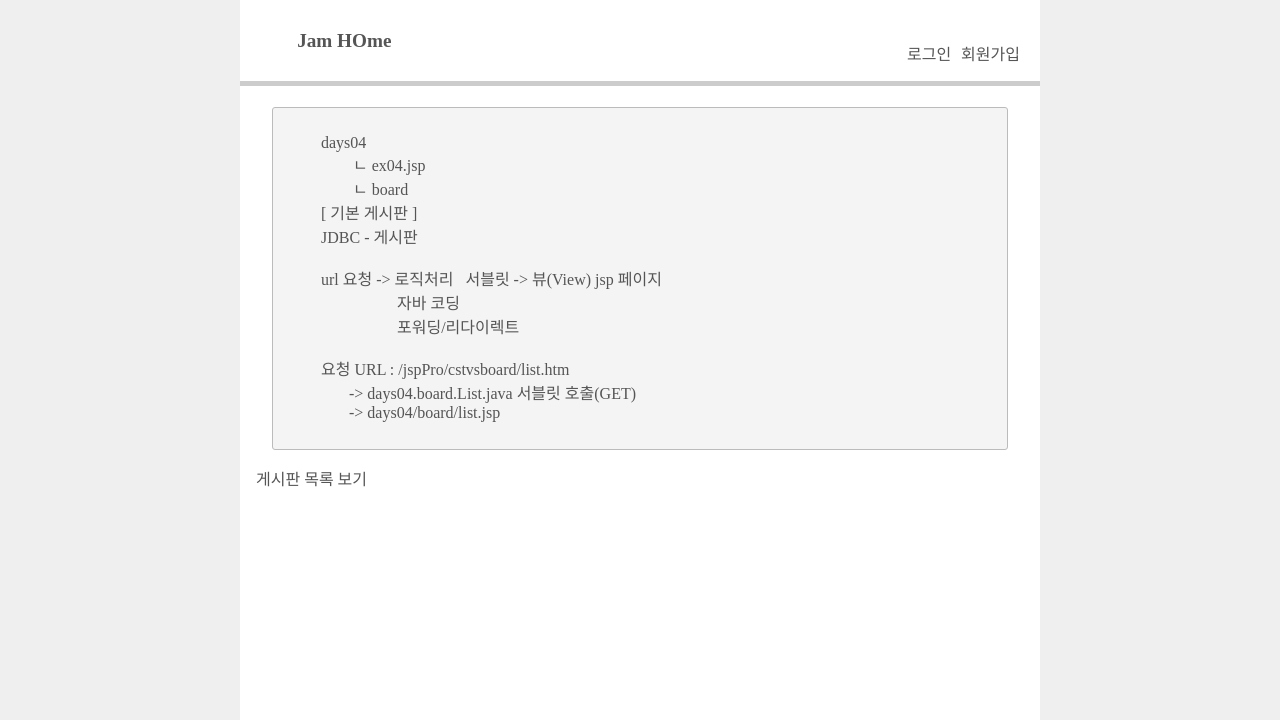
Repository: woals5636/JSPClass
Page: http://localhost/jspPro/days04/ex04.jsp
An editor plug-in stored every save of this project. The page is shown before and after the next save, followed by the edit.
The browser window is 1280 px wide. The pictures show the whole page.
Some web fonts or font styles are not loaded; a fallback is used. The page is served by Tomcat 9. Other server files are loaded and not shown.

Above is the page before, as saved 2024-10-18 07:01:12.

### jspPro/src/main/webapp/days04/ex04.jsp
<%@ page contentType="text/html; charset=UTF-8" pageEncoding="UTF-8"%>
<%@ taglib prefix="c" uri="http://java.sun.com/jsp/jstl/core"%>
<!DOCTYPE html>
<html>
<head>
<meta charset="UTF-8">
<title>Insert title here</title>
<link rel="shortcut icon" type="image/x-icon" href="http://localhost/jspPro/images/SiSt.ico">
<script src="https://ajax.googleapis.com/ajax/libs/jquery/3.7.1/jquery.min.js"></script>
<meta name="viewport" content="width=device-width, initial-scale=1.0">
<meta name="google" content="notranslate">
<link rel="stylesheet" href="http://localhost/jspPro/resources/cdn-main/example.css">
<script src="http://localhost/jspPro/resources/cdn-main/example.js"></script>
<style>
 span.material-symbols-outlined{
    vertical-align: text-bottom;
 }
</style>
</head>
<body>
<header>
  <h1 class="main"><a href="#" style="position: absolute;top:30px;">Jam HOme</a></h1>
  <ul>
    <li><a href="#">로그인</a></li>
    <li><a href="#">회원가입</a></li>
  </ul>
</header>
<div>
  <xmp class="code">
	days04
		ㄴ ex04.jsp
		ㄴ board
	[ 기본 게시판 ]
	JDBC - 게시판

	url 요청 -> 로직처리   서블릿 -> 뷰(View) jsp 페이지
			   자바 코딩
			   포워딩/리다이렉트

	요청 URL : /jspPro/cstvsboard/list.htm
	       -> days04.board.List.java 서블릿 호출(GET)
	       -> days04/board/list.jsp
  </xmp>

  <a href="/jspPro/cstvsboard/list.htm">게시판 목록 보기</a>
</div>
</body>
</html>

### jspPro/src/main/webapp/resources/cdn-main/example.css
@charset "UTF-8";

@import url('https://fonts.googleapis.com/css2?family=Material+Symbols+Outlined:opsz,wght,FILL,GRAD@20..48,100..700,0..1,-50..200');

@font-face {
    font-family: 'GmarketSansMedium';
    src: url('https://cdn.jsdelivr.net/gh/projectnoonnu/noonfonts_2001@1.1/GmarketSansMedium.woff') format('woff');
    font-weight: normal;
    font-style: normal;
}

:root {
	--text-color: #555;
	--sub-text-color: #777;
	--back-color: #EFEFEF;
	--header-color: #444;
	--primary-color: #DEDEDE;
	--secondary-color: #EFEFEF;
	--default-width: 800px;
	--narrow-width: 500px;
	--wide-width: 1200px;
	--text-font: 'GmarketSansMedium';
	--icon-font: 'Material Symbols Outlined';
	--border-color: #CCC;
}

html, body {
	margin: 0;
	padding: 0;
}

html {
	background-color: var(--back-color);
	display: flex;
	justify-content: center;
	min-height: 100vh;
}

body, body.default {
	width: var(--default-width);
	background-color: white;
	padding-bottom: 120px;
}

body.wide {
	width: var(--wide-width);
}

body.narrow {
	width: var(--narrow-width);
}



body, p, div, span, a, input, select, option, textarea, button, table, th, td, label, fieldset, legend {
	font-family: var(--text-font);
	color: var(--text-color);
}

h1, h2, h3 {
	font-family: var(--text-font);
	color: var(--header-color);
	padding: 0 1rem;
	padding-top: .5rem;
}

div > h1, div > h2, div > h3 {
	padding: 0;
}

body > div, body > main > div {
	padding: 0.3rem 1rem;
}


h1 { font-size: 2rem; border-bottom: 1px solid var(--border-color); }
h1 small { font-size: 1.2rem; color: var(--sub-text-color); }
h2 { font-size: 1.5rem; border-bottom: 1px dashed var(--border-color); }
h2 small { font-size: 1.1rem; color: --sub-text-color; }
h3 { font-size: 1.2rem; }
h3 small { font-size: 1rem; color: --sub-text-color; }



h1.main::before {
	font-family: var(--icon-font);
  	content: '\e666';
  	margin-right: 10px;
  	float: left;
	font-size: 2.5rem;
}

h1.sub::before {
	font-family: var(--icon-font);
  	content: '\ea19';
  	margin-right: 10px;
  	float: left;
	font-size: 2.5rem;
}


h1.page::before {
	font-family: var(--icon-font);
  	content: '\e0e0';
  	margin-right: 10px;
  	float: left;
	font-size: 2.5rem;
}

body > header > ul > li > .active{
	background-color: #FFF;
	color:#F00;
}

body > header {
	display: flex;
	justify-content: space-between;
	border-bottom: 5px solid var(--border-color);
	min-height: 74px;
	background-color: #FFF;
}

body > header.sticky {
	position: sticky;
	top: 0;
	z-index: 98;
}

body > header > h1 {
	font-size: 1.2rem;
	border: 0;
}

body > header.in > h1::before {
	font-family: var(--icon-font);
  	content: '\e332‥';
  	margin-right: 3px;
  	float: left;
	font-size: 2rem;
}


body > header > ul {
	list-style-type: none;
	display: flex;
	align-items: flex-end;
	margin-right: 10px;
}

body > header > ul > li {
	margin-right: 10px;
	cursor: pointer;
}

body > header > ul > li > a {
	cursor: pointer;
}


form {
	display: block;
}

form > div {
	padding: 0.3rem 1rem;
}

div > form > div {
	padding: 0.3rem 0;
}

input, textarea, button, select {
	border: 1px solid #BBB;
	border-radius: 3px;
	outline: none;
	resize: none;
	padding: 7px;
	margin: 0;
}

input[type=text]:read-only, textarea:read-only {
	cursor: not-allowed;
	background-color: #FFF;
}

input[type=text]:disabled, textarea:disabled {
	cursor: not-allowed;
	background-color: #EEE;
}

input[type=text], input[type=password], textarea, button, select {
	/* width: 300px; */
}

textarea {
	display: block;
	height: 100px;
}

input[type=button], input[type=submit], button {
	/* width: inherit; */
}

input.short, textarea.short, button.short, select.short {
	width: 100px;
}

input.long, textarea.long, button.long, select.long {
	width: 350px;
}

.narrow input.long, .narrow textarea.long, .narrow button.long, .narrow select.long {
	width: calc(100% - 20px);
}

input.full, textarea.full, button.full, select.full {
	width: calc(100% - 20px);
}

textarea.short {
	height: 50px;
}

textarea.long {
	height: 100px;
}

textarea.full {
	height: 200px;
}

input, textarea {
	padding-top: 8px;
}

input[type=button], input[type=submit], button {
	padding: 5px 10px;
	background-color: var(--secondary-color);
	cursor: pointer;
	min-height: 36px;
}

input[type=button].primary, input[type=submit].primary, button.primary {
	/* background-color: rgba(100, 149, 237, .2); */
	background-color: var(--primary-color);
}

input[type=button].primary:hover, input[type=submit].primary:hover, button.primary:hover {
	/* background-color: rgba(100, 149, 237, .3); */
	background-color: var(--secondary-color);
}

input[type=button]:hover, input[type=submit]:hover, button:hover {
	background-color: var(--primary-color);
}

button {
	position: relative;
	left: 0;
	top: 0;
	padding-left: 35px;
}

button .material-symbols-outlined {
	position: absolute;
	left: 10px;
	top: 4px;
}

/* k2nik add */
button.login::before {
	font-family: var(--icon-font);
  	content: '\ea77';
	position: absolute;
	left: 11px;
	top: 4px;
	font-size: 1.25rem;
}

/* k2nik logout */
button.logout::before {
	font-family: var(--icon-font);
  	content: '\e9ba';
	position: absolute;
	left: 11px;
	top: 4px;
	font-size: 1.25rem;
}

/* k2nik help */
button.help::before {
	font-family: var(--icon-font);
  	content: '\f1c0';
	position: absolute;
	left: 11px;
	top: 4px;
	font-size: 1.25rem;
}

button.add::before{
	font-family: var(--icon-font);
  	content: '\e746';
	position: absolute;
	left: 11px;
	top: 4px;
	font-size: 1.25rem;
}

button.back::before {
	font-family: var(--icon-font);
  	content: '\e166';
	position: absolute;
	left: 11px;
	top: 4px;
	font-size: 1.25rem;
}

button.list::before {
	font-family: var(--icon-font);
  	content: '\e0ee';
	position: absolute;
	left: 11px;
	top: 4px;
	font-size: 1.25rem;
}


button.del::before {
	font-family: var(--icon-font);
  	content: '\e872';
	position: absolute;
	left: 11px;
	top: 4px;
	font-size: 1.25rem;
}


button.edit::before {
	font-family: var(--icon-font);
  	content: '\e745';
	position: absolute;
	left: 11px;
	top: 4px;
	font-size: 1.25rem;
}


button.login::before {
	font-family: var(--icon-font);
  	content: '\ea77';
	position: absolute;
	left: 11px;
	top: 4px;
	font-size: 1.25rem;
}


button.logout::before {
	font-family: var(--icon-font);
  	content: '\e9ba';
	position: absolute;
	left: 11px;
	top: 4px;
	font-size: 1.25rem;
}


button.in::before {
	font-family: var(--icon-font);
  	content: '\f71a';
	position: absolute;
	left: 11px;
	top: 4px;
	font-size: 1.25rem;
}


button.out::before {
	font-family: var(--icon-font);
  	content: '\f70e';
	position: absolute;
	left: 11px;
	top: 4px;
	font-size: 1.25rem;
}


button.reply::before {
	font-family: var(--icon-font);
  	content: '\e15e';
	position: absolute;
	left: 11px;
	top: 4px;
	font-size: 1.25rem;
}


button.comment::before {
	font-family: var(--icon-font);
  	content: '\e0b9';
	position: absolute;
	left: 11px;
	top: 4px;
	font-size: 1.25rem;
}


button.modal::before {
	font-family: var(--icon-font);
  	content: '\e89e';
	position: absolute;
	left: 11px;
	top: 4px;
	font-size: 1.25rem;
}


button.ok::before {
	font-family: var(--icon-font);
  	content: '\e86c';
	position: absolute;
	left: 11px;
	top: 4px;
	font-size: 1.25rem;
}


button.cancel::before {
	font-family: var(--icon-font);
  	content: '\e5c9';
	position: absolute;
	left: 11px;
	top: 4px;
	font-size: 1.25rem;
}

button.search::before {
	font-family: var(--icon-font);
  	content: '\e8b6';
	position: absolute;
	left: 11px;
	top: 4px;
	font-size: 1.25rem;
}

button.home::before {
	font-family: var(--icon-font);
  	content: '\e88a';
	position: absolute;
	left: 11px;
	top: 4px;
	font-size: 1.25rem;
}


button.sidebar::before {
	font-family: var(--icon-font);
  	content: '\f7e4';
	position: absolute;
	left: 11px;
	top: 4px;
	font-size: 1.25rem;
}


button.sidebar-right::before {
	font-family: var(--icon-font);
  	content: '\f7e5';
	position: absolute;
	left: 11px;
	top: 4px;
	font-size: 1.25rem;
}




button::before {
	font-family: var(--icon-font);
  	content: '\e323';
	position: absolute;
	left: 11px;
	top: 4px;
	font-size: 1.25rem;
}


table {
	border-collapse: collapse;
	margin: 1rem;
	box-sizing: border-box;
	width: calc(100% - 32px);
}

table.content {
	width: auto;
}

div > table {
	margin: 0;
}

table th, table td {
	border: 1px solid var(--border-color);
	padding: 7px;
	font-weight: normal;
}

table th {
	background-color: var(--back-color);
}

table.vertical th {
	width: 150px;
}

table.vertical td {
	width: calc(100% - 182px);
	padding-left: 10px;
}

table.content td, table.content th {
	width: auto;
}

body.narrow table.vertical th {
	width: 100px;
}

body.narrow table.vertical td {
	width: calc(100% - 182px);
}


table + table {
	margin-top: 30px;
}


p {
	padding: 0 1rem;
}

a {
	text-decoration: none;
}

a:hover {
	color: rgba(255, 99, 71, .7);
}

hr {
	border: 0;
	border-top: 1px solid var(--border-color);
	margin: 2rem 0;
}

.message {
	border: 1px solid var(--border-color);
	background-color: #EFEFEF;
	margin: 1rem;
	width: auto;
	padding-top: 10px;
	padding-bottom: 10px;
	font-size: 14px;
}

.message[title]::before {
	content: attr(title);
	display: block;
	border-bottom: 1px solid var(--border-color);
	padding-bottom: 5px;
	margin-bottom: 10px;
	margin-top: 7px;
}

.message.short {
	max-width: 250px;
}

.message.long {
	max-width: 500px;
}

.badge {
	float: right;
	font-size: .8rem;
	margin-top: 2px;
	margin-right: 2px;
	text-shadow: 0 0 7px gray;
}

.badge.left {
	float: none;
	margin-left: 2px;
}

.badge.right {
	float: right;
}

.badge.red {
	border-radius: 50%;
	padding: 2px 5px;
	background-color: rgb(255, 99, 71, .3);
}

.badge.yellow {

	border-radius: 50%;
	padding: 2px 5px;
	background-color: rgb(255, 215, 0, .5);
}

.badge.blue {
	border-radius: 50%;
	padding: 2px 5px;
	background-color: rgb(100, 149, 237, .3);
}

label + label {
	margin-left: 7px;
}

label input[type=checkbox], label input[type=radio] {
	transform: translate(0, 1px);
}

.group {
	display: flex;
}

.modal-content .group {
	margin-bottom: .5rem;
}

.group label {
	border: 1px solid #BBB;
	border-radius: 3px;
	outline: none;
	resize: none;
	padding: 7px 14px;
	margin: 0;
	border-top-right-radius: 0;
	border-bottom-right-radius: 0;
	background-color: #EFEFEF;
	white-space: nowrap;
	font-size: 14px;
}

.group input[type=text] {
	margin-left: -1px;
	border-top-left-radius: 0;
	border-bottom-left-radius: 0;
}

.group select {
	margin-left: -1px;
	border-top-left-radius: 0;
	border-bottom-left-radius: 0;
}

.group input.full[type=text] {
	margin-left: -1px;
	border-top-left-radius: 0;
	border-bottom-left-radius: 0;
	width: 100%;
}

.group input[type=button]:first-child, .group button:first-child {
	border-top-left-radius: 3px;
	border-bottom-left-radius: 3px;
	margin-left: 0px;
}

.group input[type=button], .group button {
	border-radius: 0;
	margin-left: -1px;
}

.group input[type=button]:last-child, .group button:last-child {
	margin-left: -1px;
	border-top-right-radius: 3px;
	border-bottom-right-radius: 3px;
}

.seperate {
	display: flex;
	justify-content: space-between;
}

div.list {
	width: max-content;
	margin: 1rem;
	border: 1px solid #BBB;
	border-radius: 3px;
	padding: 0;
}

div.list.full {
	width: auto;
	display: block;
	margin: 1rem;
	border: 1px solid #BBB;
	border-radius: 3px;
	padding: 0;
}

div.list > div {
	padding: .5rem 1rem;
	margin: 0;
	border-bottom: 1px solid #BBB;
}

div.list > div:last-child {
	border-bottom: 0;
}

pre.code , xmp.code{
	font-family: consols;
	background-color: rgba(150, 150, 150, .1);
	border: 1px solid #BBB;
	border-radius: 3px;
	padding: .5rem 1rem;
	padding-bottom: .6rem;
	margin: 1rem;
}




*[data-modal-window] {
	position: fixed;
	background-color: rgba(0, 0, 0, .3);
	left: 0;
	top: 0;
	display: none;
	justify-content: center;
	align-items: flex-start;
	width: 100%;
	min-height: 100vh;
	z-index: 100;
	opacity: 0;
	transition: 500ms all;
}

*[data-modal-window] .modal-container {
	border-radius: 5px;
	padding: 1rem;
	padding-bottom: .5rem;
	margin-top: -500px;
	opacity: 0;
	width: 500px;
	background-color: #FFF;
	margin-right: 2rem;
	transition: 500ms all;
}

*[data-modal-size=content] .modal-container {
	width: auto;
}

*[data-modal-size=narrow] .modal-container {
	width: 300px;
}

*[data-modal-size=wide] .modal-container {
	width: 760px;
}


*[data-modal-window] .modal-header {
	border-bottom: 1px solid var(--border-color);
	padding: 2px 5px;
}

*[data-modal-window] .modal-content {
	padding: 1rem 5px;
}

*[data-modal-window] .modal-content div:last-child {
	margin-top: 1rem;
	text-align: right;
}



*[data-sidebar-window] {
	position: fixed;
	background-color: #FFF;
	left: 0;
	top: 0;
	display: block;
	width: 300px;
	border-right: 1px solid var(--border-color);
	box-sizing: border-box;
	box-shadow: 0 0 3px var(--back-color);
	min-height: 100vh;
	z-index: 99;
	transform: translate(-300px, 0);
	transition-duration: 500ms;
	transition-property: transform;
}

*[data-sidebar-direction=right] {
	left: auto;
	right: 0;
	transform: translate(300px, 0);
	border-left: 1px solid var(--border-color);
}

*[data-sidebar-size=wide] {
	width: 500px;
	transform: translate(-500px, 0);
}

*[data-sidebar-window] .sidebar-title {
	border-bottom: 1px solid var(--border-color);
	margin-top: 20px;
	margin-bottom: 20px;
	padding-bottom: 5px;
	display: flex;
	justify-content: space-between;
}

*[data-sidebar-window] .sidebar-title span:last-child {
	cursor: pointer;
}


/* K2Nik pagination */
.center {
  text-align: center;
}

.pagination {
  display: inline-block;
}

.pagination a {
  color: black;
  float: left;
  padding: 3px 6px;
  text-decoration: none;
  transition: background-color .3s;
  border: 1px solid #ddd;
  margin: 0 3px;
}

.pagination a.active {
  background-color: #4CAF50;
  color: white;
  border: 1px solid #4CAF50;
}

.pagination a:hover:not(.active) {background-color: #ddd;}

### jspPro/src/main/webapp/resources/cdn-main/example.js

window.onload = () => {

    const list = document.querySelectorAll('input, textarea');

    list.forEach(item => {
        item.setAttribute('autocomplete', 'off');
    });


    const modal_btn_list = document.querySelectorAll('*[data-modal-button]');

    modal_btn_list.forEach(item => {
        item.onclick = function() {

            const name = this.dataset['modalButton'];
            const modal_window = document.querySelector('*[data-modal-window=' + name);

            const container = document.createElement('div');
            container.className = 'modal-container';



            const modal_header = document.createElement('div');
            modal_header.textContent = modal_window.dataset['modalTitle'];
            modal_header.className = 'modal-header';
            container.appendChild(modal_header);

            const modal_content = document.createElement('div');
            modal_content.className = 'modal-content';
            container.appendChild(modal_content);

            Array.from(modal_window.childNodes).forEach(item => {
                modal_content.appendChild(item);
            });

            modal_window.appendChild(container);

            modal_window.style.display = 'flex';

            setTimeout(() => {
                modal_window.style.opacity = 1;
                container.style.marginTop = '20px';
                container.style.opacity = 1;
            }, 50);


            const modal_ok = document.querySelector('*[data-modal-ok=' + name);
            modal_ok.addEventListener('click', function() {
                modal_window.style.opacity = 0;
                container.style.marginTop = '-500px';
                container.style.opacity = 0;

                setTimeout(() => {
                    modal_window.innerHTML = modal_content.innerHTML;
                    modal_window.style.display = 'none';
                }, 500);

            });

            const modal_cancel = document.querySelector('*[data-modal-cancel=' + name);
            modal_cancel.addEventListener('click', function() {

                modal_window.style.opacity = 0;
                container.style.marginTop = '-500px';
                container.style.opacity = 0;

                setTimeout(() => {
                    modal_window.innerHTML = modal_content.innerHTML;
                    modal_window.style.display = 'none';
                }, 500);
            });


        };
    });


    const sidebar_btn_list = document.querySelectorAll('*[data-sidebar-button]');

    sidebar_btn_list.forEach(item => {
        item.onclick = function() {



            const name = this.dataset['sidebarButton'];
            const sidebar_window = document.querySelector('*[data-sidebar-window=' + name);

            if (sidebar_window.style.transform == 'translate(0px, 0px)') return;



            sidebar_window.style.transform = 'translate(0, 0)';

            const sidebar_title = document.createElement('div');
            sidebar_title.className = 'sidebar-title';
            sidebar_title.innerHTML = '<span>' + sidebar_window.dataset['sidebarTitle'] + '</span><span class="material-symbols-outlined">close</span>';

            sidebar_title.children[1].onclick = function() {

                let sign = 1;
                let distance = 300;

                if (sidebar_window.dataset['sidebarDirection'] != 'right') {
                    sign = -1;
                } else {
                    sign = 1;
                }

                if (sidebar_window.dataset['sidebarSize'] != 'wide') {
                    distance = 300;
                } else {
                    distance = 500;
                }

                distance *= sign;

                sidebar_window.style.transform = 'translate(' + distance + 'px, 0)';

                setTimeout(function() {
                    sidebar_window.removeChild(sidebar_window.children[0]);
                }, 500);
            };


            sidebar_window.prepend(sidebar_title);

        }
    });

};

// window.onkeydown = function(event) {

//     if (event.keyCode == 27) {
//         if (document.querySelector('[data-modal-window').style.display == 'flex') {
//             document.querySelector('[data-modal-window').style.display = 'none';
//         }
//     }

// };

After the next save:
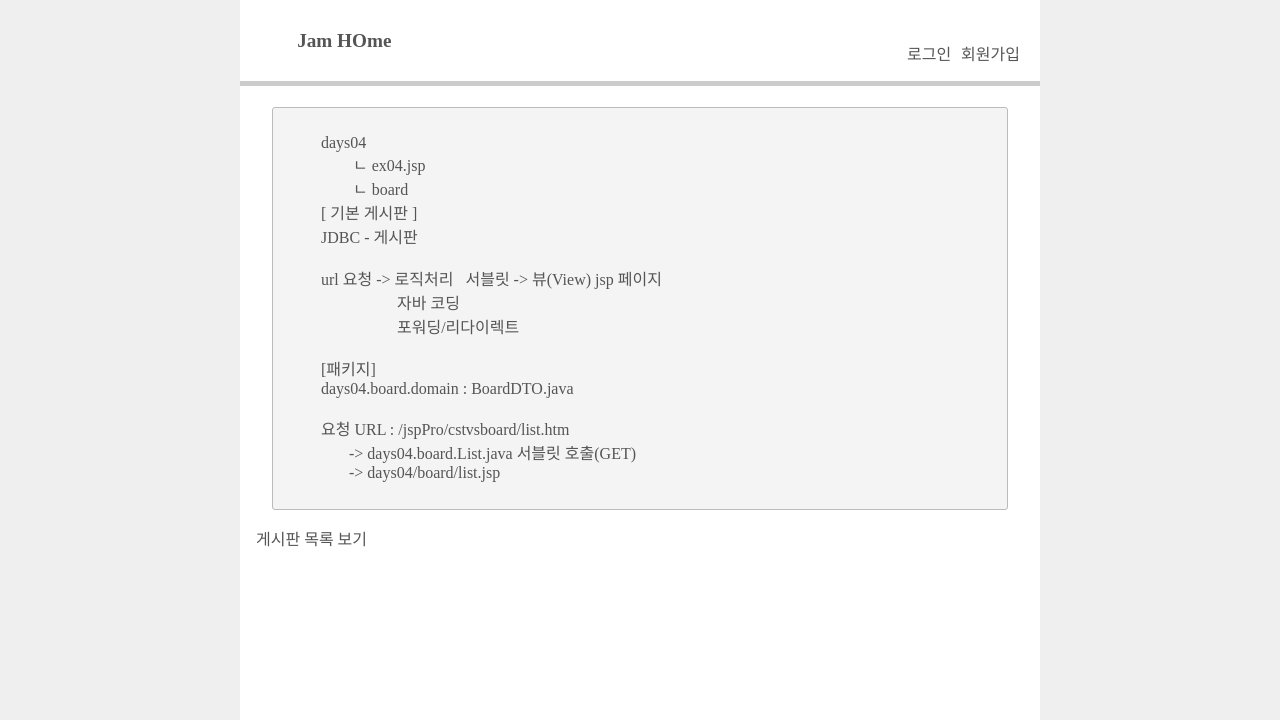
Saved 89 s later.
--- a/jspPro/src/main/webapp/days04/ex04.jsp
+++ b/jspPro/src/main/webapp/days04/ex04.jsp
@@ -37,6 +37,9 @@
 			   자바 코딩
 			   포워딩/리다이렉트
 
+	[패키지]
+	days04.board.domain : BoardDTO.java
+
 	요청 URL : /jspPro/cstvsboard/list.htm
 	       -> days04.board.List.java 서블릿 호출(GET)
 	       -> days04/board/list.jsp
